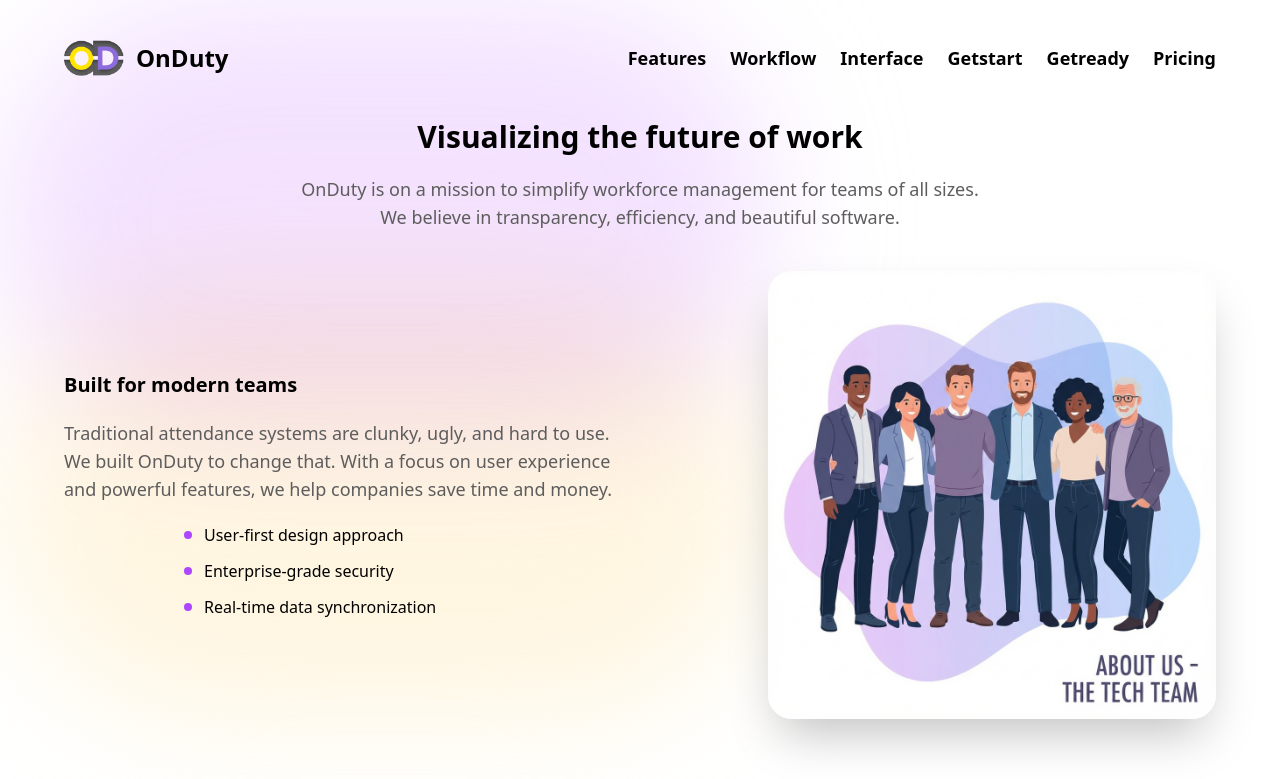
Repository: shekharzorin/ONDUTY-V1
Page: /about
The author's editor kept a copy of each file at every save. The page is drawn from the files as they stood at one save, then again after the next save.
The browser window is 1280 px wide. The pictures show the whole page.
The project was rebuilt for these pictures with package versions that can differ from the ones it lists, and the page was loaded fresh each time. The framework's server and built-in components were replaced by stand-ins that run in the browser. Also part of the build but not shown: next.config.mjs, vite.config.js, app/components/ui/Crossicon.tsx.

Above is the page before, as saved 2026-01-17 16:23:51.

### app/layout.tsx
import type { Metadata } from "next";
import { Geist, Geist_Mono } from "next/font/google";
import "./globals.css";
import Navbar from "./components/header/Navbar";

const geistSans = Geist({
  variable: "--font-geist-sans",
  subsets: ["latin"],
});

const geistMono = Geist_Mono({
  variable: "--font-geist-mono",
  subsets: ["latin"],
});

export const metadata: Metadata = {
  title: "Create Next App",
  description: "Generated by create next app",
};

export default function RootLayout({
  children,
}: Readonly<{
  children: React.ReactNode;
}>) {
  return (
    <html lang="en">
      <body
        className={`${geistSans.variable} ${geistMono.variable} antialiased`}
      >
        <Navbar />
        {children}
      </body>
    </html>
  );
}

### app/about/page.tsx
import About from '../components/sections/about'

const page = () => {
  return (
    <About/>
  )
}

export default page

### app/globals.css
@import "tailwindcss";

:root {
  --color-primary: #8d6bdc;
  --color-secondary: #e0d4ff;
  --color-bg: #efefef;
  --color-sidebar: #ffffff;
  --color-gray: #5d5d5d;
}

html {
  scroll-behavior: smooth;
}




.flip-card {
  perspective: 1000px;
}

.flip-card-inner {
  transform-style: preserve-3d;
}

.flip-card-front,
.flip-card-back {
  position: absolute;
  width:auto;
  height:auto;
  backface-visibility: hidden;
}

.flip-card-back {
  transform: rotateY(180deg);
}

### app/components/header/Navbar.tsx
"use client";

import Logo from "@/public/images/od_logo.png";
import Image from "next/image";
import Link from "next/link";
import { usePathname } from "next/navigation";
import { useEffect, useState } from "react";
import { MdMenu } from "react-icons/md";
import { motion, AnimatePresence } from "framer-motion";
import { useRouter } from "next/navigation";
import Crossicon from "../ui/Crossicon";

export const navLinks = [
  { name: "Features", id: "features" },
  { name: "Workflow", id: "workflow" },
  { name: "Interface", id: "interface" },
  { name: "Getstart", id: "getstart" },
  { name: "Getready", id: "getready" },
  { name: "Pricing", path: "/pricing/" },
];

const Navbar = () => {
  const pathname = usePathname();
  const [isScrolled, setIsScrolled] = useState(false);
  const [isNavOpen, setIsNavOpen] = useState(false);
  const router = useRouter();
  const [activeSection, setActiveSection] = useState<string | null>(null);

  const handleScrollNav = (id: string) => {
    setActiveSection(id);
    router.push(`/#${id}`);
  };

  useEffect(() => {
    if (pathname !== "/") {
      setActiveSection(null);
    }
  }, [pathname]);

  useEffect(() => {
    if (pathname !== "/") return;
    const hash = window.location.hash.replace("#", "");
    if (hash) {
      setActiveSection(hash);
    } else {
      setActiveSection("features");
    }
  }, [pathname]);

  useEffect(() => {
    const handleScroll = () => setIsScrolled(window.scrollY > 20);
    window.addEventListener("scroll", handleScroll);
    return () => window.removeEventListener("scroll", handleScroll);
  }, []);

  useEffect(() => {
    if (isNavOpen) {
      document.body.style.overflow = "hidden";
    } else {
      document.body.style.overflow = "";
    }
    return () => {
      document.body.style.overflow = "";
    };
  }, [isNavOpen]);

  useEffect(() => {
    if (pathname !== "/") return;

    const sections = [
      "features",
      "workflow",
      "interface",
      "getready",
      "getstart",
    ];
    let locked = true;

    const unlock = () => (locked = false);
    window.addEventListener("scroll", unlock, { once: true });

    const observer = new IntersectionObserver(
      (entries) => {
        if (locked) return;

        entries.forEach((entry) => {
          if (entry.isIntersecting) {
            const id = entry.target.id;

            // 1️⃣ Update active state
            setActiveSection(id);

            // 2️⃣ Update URL hash WITHOUT navigation
            router.replace(`/#${id}`, { scroll: false });
          }
        });
      },
      {
        rootMargin: "-45% 0px -45% 0px",
        threshold: 0,
      }
    );

    sections.forEach((id) => {
      const el = document.getElementById(id);
      if (el) observer.observe(el);
    });

    return () => observer.disconnect();
  }, [pathname, router]);

  return (
    <header
      className={`fixed top-0 left-0 right-0 z-50 border-b transition-all ${
        isScrolled
          ? "bg-transparent backdrop-blur-md border-white shadow-lg py-0"
          : "bg-transparent border-transparent py-5"
      }`}
    >
      <div className="mx-auto w-full px-4 sm:px-6 md:px-8 lg:px-12 xl:px-16 2xl:px-24 max-w-384 py-2 flex items-center justify-between">
        <div className="flex gap-2 lg:gap-3 items-center">
          <Image
            src={Logo}
            alt="Onduty Logo"
            height={60}
            width={60}
            className="flex h-10 w-10 md:h-12 md:w-12 lg:h-15 lg:w-15"
          />
          <h1 className="text-2xl lg:text-2xl font-bold">OnDuty</h1>
        </div>

        {/* Desktop Navbar */}
        <nav className="hidden lg:flex gap-6">
          {navLinks.map((item) => {
            // SCROLL ITEM
            if (item.id) {
              return (
                <button
                  key={item.id}
                  onClick={() => handleScrollNav(item.id)}
                  className={`relative lg:font-semibold xl:font-bold text-lg transition-colors duration-300
                    after:absolute after:left-0 after:-bottom-1 after:h-1
                    after:rounded-full after:bg-(--color-primary)
                    after:transition-all after:duration-300
                    ${
                      activeSection === item.id && pathname === "/"
                        ? "text-(--color-primary)"
                        : "after:w-0 hover:after:w-full"
                    }
                  `}
                >
                  {item.name}
                </button>
              );
            }

            // ROUTE ITEM
            const isActive = pathname === item.path;

            return (
              <Link
                key={item.path}
                href={item.path!}
                className={`relative lg:font-semibold xl:font-bold text-lg transition-colors duration-300
                  after:absolute after:left-0 after:-bottom-1 after:h-1
                  after:rounded-full after:bg-(--color-primary)
                  after:transition-all after:duration-300
                  ${
                    isActive
                      ? "text-(--color-primary)"
                      : "after:w-0 hover:after:w-full"
                  }
                `}
              >
                {item.name}
              </Link>
            );
          })}
        </nav>

        <div className="lg:hidden gap-3">
          <div
            onClick={() => setIsNavOpen(true)}
            className="flex p-1 lg:hidden bg-(--color-secondary) rounded-full border-white border justify-center items-center"
          >
            <MdMenu size={28} className="opacity-10 animate-pulse" />
          </div>

          <AnimatePresence>
            {isNavOpen && (
              <motion.div
                className="fixed inset-0 backdrop-blur-sm bg-black/30 flex justify-end h-screen"
                initial={{ opacity: 0 }}
                animate={{ opacity: 1 }}
                exit={{ opacity: 1 }}
                transition={{ duration: 0.6 }}
              >
                {/* Drawer */}
                <motion.div
                  className="relative w-[70%] md:w-[60%] bg-(--color-sidebar) h-full flex items-center"
                  initial={{ x: "100%" }}
                  animate={{ x: 0 }}
                  exit={{ x: "100%" }}
                  onClick={(e: any) => e.stopPropagation()}
                  transition={{
                    duration: 0.35,
                    ease: "easeInOut",
                  }}
                >
                  {/* Close button */}
                  <div className="flex absolute top-7.25 right-4 md:right-8 lg:hidden z-20 ">
                    <Crossicon onClick={() => setIsNavOpen(false)} />
                  </div>

                  {/* Mobile Navbar */}
                  <nav className="flex flex-col gap-10 p-10 mt-10 w-full">
                    {navLinks.map((item) => {
                      if (item.id) {
                        return (
                          <button
                            key={item.id}
                            onClick={() => {
                              handleScrollNav(item.id);
                              setIsNavOpen(false);
                            }}
                            className={`py-2 w-full relative text-lg font-semibold md:font-bold text-left transition-colors
                              ${
                                activeSection === item.id && pathname === "/"
                                  ? "text-(--color-primary)"
                                  : "text-black/80 hover:text-(--color-primary)"
                              }
                            `}
                          >
                            {item.name}
                          </button>
                        );
                      }

                      const isActive = pathname === item.path;

                      return (
                        <Link
                          key={item.path}
                          href={item.path!}
                          onClick={() => setIsNavOpen(false)}
                          className={`relative text-lg font-semibold md:font-bold py-2
                            ${isActive ? "text-(--color-primary)" : ""}
                          `}
                        >
                          {item.name}
                        </Link>
                      );
                    })}
                  </nav>
                </motion.div>
              </motion.div>
            )}
          </AnimatePresence>
        </div>
      </div>
    </header>
  );
};

export default Navbar;

### app/components/sections/about.tsx
import team from "@/public/images/team.png";
import Image from "next/image";

const About = () => {
  return (
    <section className="relative px-4 sm:px-6 md:px-8 lg:px-12 xl:px-16 2xl:px-24 max-w-384 mx-auto">
      {/* Background flare */}
      <div className="absolute top-0 left-1/2 -translate-x-1/2 w-full h-full max-w-7xl pointer-events-none -z-10">
        <div className="absolute top-0 w-[60%] h-[60%] bg-[#eccfff] rounded-full blur-3xl opacity-60 mix-blend-multiply filter" />
        <div className="absolute bottom-0 w-[60%] h-[60%] bg-[#fff0cd] rounded-full blur-3xl opacity-60 mix-blend-multiply filter" />
      </div>
      <div className="flex flex-col gap-10 mb-15">
        <div className="flex flex-col items-center justify-center mt-30 text-center gap-5">
          <p className="text-2xl lg:text-3xl font-bold leading-[1.15]">
            Visualizing the future of work
          </p>
          <p className="md:text-lg text-(--color-gray)">
            OnDuty is on a mission to simplify workforce management for teams of
            all sizes. <br />
            We believe in transparency, efficiency, and beautiful software.
          </p>
        </div>

        <div className="flex flex-col lg:flex-row items-center justify-center lg:justify-between gap-10">
          <div className="flex flex-col gap-5 text-center lg:text-start">
            <p className="font-bold text-xl">Built for modern teams</p>

            <p className="text-balance md:text-lg text-(--color-gray)">
              Traditional attendance systems are clunky, ugly, and hard to use.
              We built OnDuty to change that. With a focus on user experience
              and powerful features, we help companies save time and money.
            </p>

            <div className="flex items-center justify-center lg:justify-start lg:pl-30">
              <ul className="space-y-3 flex flex-col items-start justify-center">
                <li className="flex items-start gap-3">
                  <span className="mt-2 w-2 h-2 rounded-full bg-purple-500"></span>
                  <span>User-first design approach</span>
                </li>

                <li className="flex items-start gap-3">
                  <span className="mt-2 w-2 h-2 rounded-full bg-purple-500"></span>
                  <span>Enterprise-grade security</span>
                </li>

                <li className="flex items-start gap-3">
                  <span className="mt-2 w-2 h-2 rounded-full bg-purple-500"></span>
                  <span>Real-time data synchronization</span>
                </li>
              </ul>
            </div>
          </div>

          <Image
            src={team}
            alt="Team Image"
            height={300}
            width={300}
            className="relative rounded-3xl shadow-2xl md:w-sm xl:w-md"
          />
        </div>
      </div>
    </section>
  );
};

export default About;

After the next save:
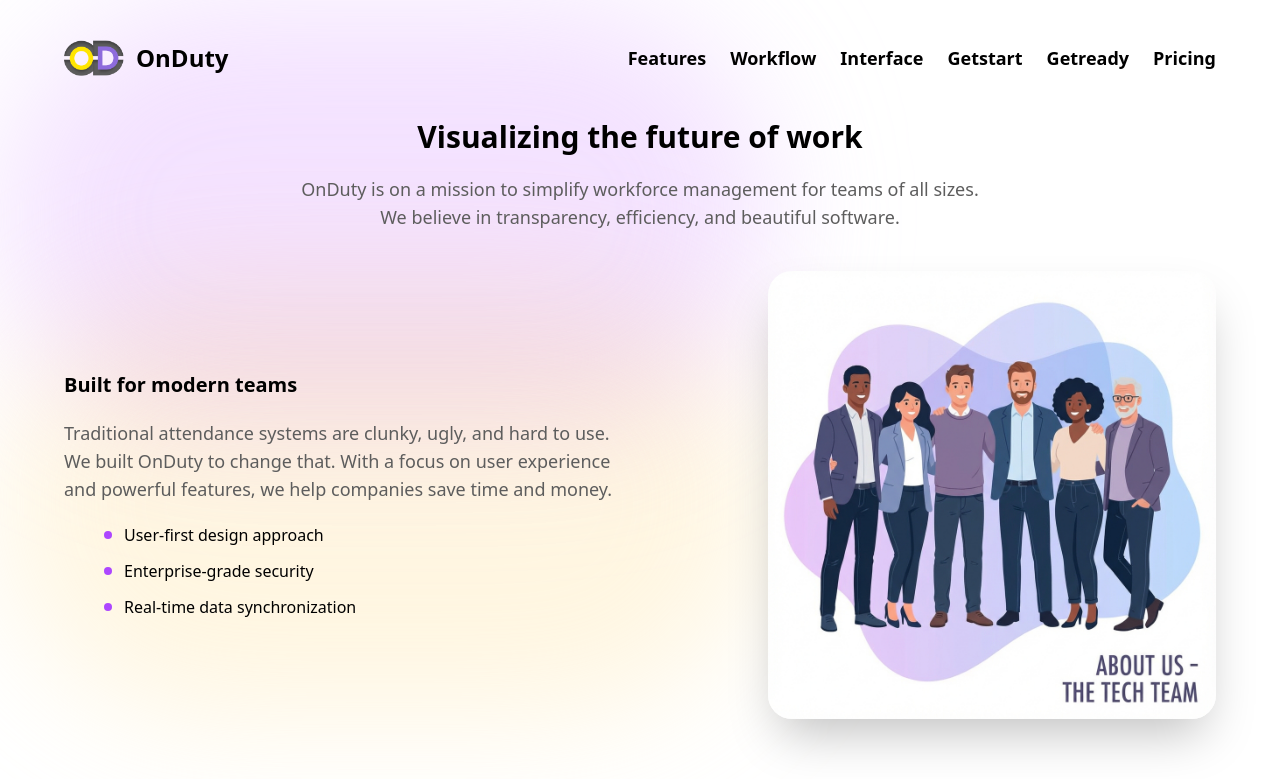
Saved 5 s later.
--- a/app/components/sections/about.tsx
+++ b/app/components/sections/about.tsx
@@ -31,7 +31,7 @@ const About = () => {
               and powerful features, we help companies save time and money.
             </p>
 
-            <div className="flex items-center justify-center lg:justify-start lg:pl-30">
+            <div className="flex items-center justify-center lg:justify-start lg:pl-10">
               <ul className="space-y-3 flex flex-col items-start justify-center">
                 <li className="flex items-start gap-3">
                   <span className="mt-2 w-2 h-2 rounded-full bg-purple-500"></span>
